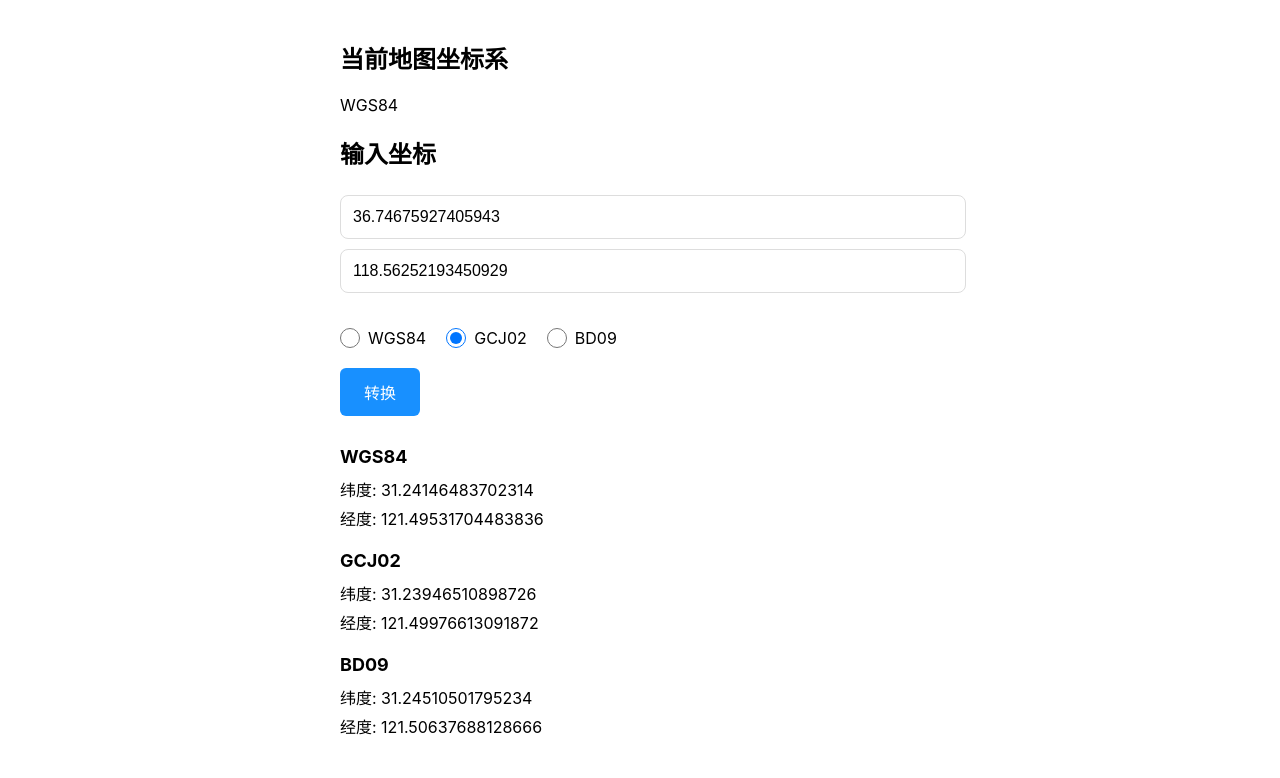
Repository: 1242128273wangpeng/MapTransformTools
Page: popup.html
An editor plug-in stored every save of this project. The page is shown before and after the next save, followed by the edit.
The browser window is 1280 px wide. The pictures show the whole page.

Above is the page before, as saved 2025-01-19 14:59:28.

### popup.html
<!DOCTYPE html>
<html>
  <head>
    <title>坐标转换</title>
    <style>
      body {
        font-family: -apple-system, BlinkMacSystemFont, 'Segoe UI', Roboto, Oxygen, Ubuntu, Cantarell, sans-serif;
        padding: 20px;
        max-width: 600px;
        margin: 0 auto;
      }

      h2 {
        margin-bottom: 20px;
        font-weight: bold;
      }

      .input-section {
        margin-bottom: 30px;
      }

      .coordinate-input {
        width: 100%;
        padding: 12px;
        margin: 5px 0;
        border: 1px solid #ddd;
        border-radius: 8px;
        font-size: 16px;
      }

      .coordinate-types {
        margin: 20px 0;
        display: flex;
        gap: 20px;
      }

      .radio-group {
        display: flex;
        align-items: center;
        gap: 8px;
      }

      .radio-group input[type="radio"] {
        width: 20px;
        height: 20px;
        margin: 0;
      }

      .convert-btn {
        background-color: #1890ff;
        color: white;
        border: none;
        padding: 12px 24px;
        border-radius: 6px;
        cursor: pointer;
        font-size: 16px;
      }

      .result-section {
        margin-top: 30px;
      }

      .coordinate-system {
        margin-bottom: 20px;
      }

      .coordinate-system h3 {
        font-size: 18px;
        margin-bottom: 10px;
      }

      .coordinate-value {
        margin: 5px 0;
        font-size: 16px;
      }
    </style>
  </head>
  <body>
    <h2>当前地图坐标系</h2>
    <div>WGS84</div>

    <div class="input-section">
      <h2>输入坐标</h2>
      <input type="text" class="coordinate-input" value="36.74675927405943">
      <input type="text" class="coordinate-input" value="118.56252193450929">
    </div>

    <div class="coordinate-types">
      <div class="radio-group">
        <input type="radio" id="wgs84" name="coordType">
        <label for="wgs84">WGS84</label>
      </div>
      <div class="radio-group">
        <input type="radio" id="gcj02" name="coordType" checked>
        <label for="gcj02">GCJ02</label>
      </div>
      <div class="radio-group">
        <input type="radio" id="bd09" name="coordType">
        <label for="bd09">BD09</label>
      </div>
    </div>

    <button class="convert-btn">转换</button>

    <div class="result-section">
      <div class="coordinate-system">
        <h3>WGS84</h3>
        <div class="coordinate-value">纬度: 31.24146483702314</div>
        <div class="coordinate-value">经度: 121.49531704483836</div>
      </div>

      <div class="coordinate-system">
        <h3>GCJ02</h3>
        <div class="coordinate-value">纬度: 31.23946510898726</div>
        <div class="coordinate-value">经度: 121.49976613091872</div>
      </div>

      <div class="coordinate-system">
        <h3>BD09</h3>
        <div class="coordinate-value">纬度: 31.24510501795234</div>
        <div class="coordinate-value">经度: 121.50637688128666</div>
      </div>
    </div>

    <script>
      document.querySelector('.convert-btn').addEventListener('click', function() {
        // Add conversion logic here
        console.log('Converting coordinates...');
      });
    </script>
  </body>
</html>

After the next save:
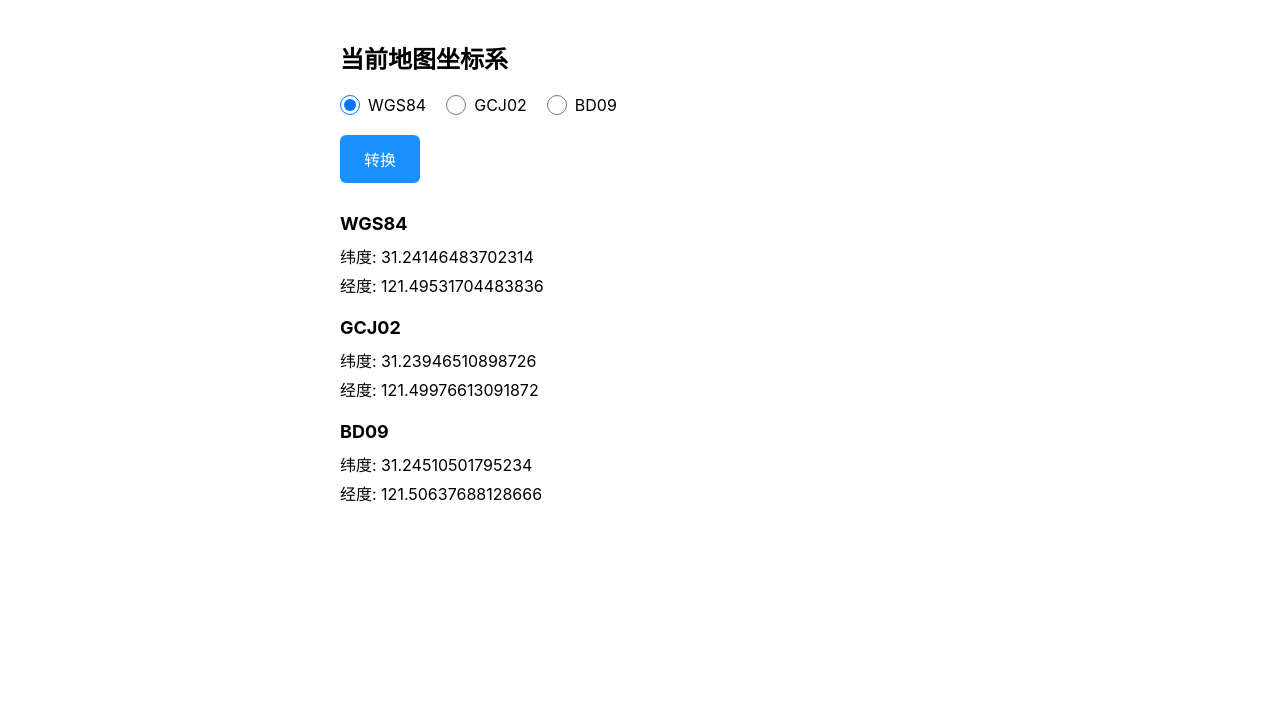
Saved 2 min 28 s later.
--- a/popup.html
+++ b/popup.html
@@ -77,26 +77,18 @@
   </head>
   <body>
     <h2>当前地图坐标系</h2>
-    <div>WGS84</div>
-
-    <div class="input-section">
-      <h2>输入坐标</h2>
-      <input type="text" class="coordinate-input" value="36.74675927405943">
-      <input type="text" class="coordinate-input" value="118.56252193450929">
-    </div>
-
     <div class="coordinate-types">
       <div class="radio-group">
-        <input type="radio" id="wgs84" name="coordType">
-        <label for="wgs84">WGS84</label>
+        <input type="radio" id="current-wgs84" name="currentCoordType" checked>
+        <label for="current-wgs84">WGS84</label>
       </div>
       <div class="radio-group">
-        <input type="radio" id="gcj02" name="coordType" checked>
-        <label for="gcj02">GCJ02</label>
+        <input type="radio" id="current-gcj02" name="currentCoordType">
+        <label for="current-gcj02">GCJ02</label>
       </div>
       <div class="radio-group">
-        <input type="radio" id="bd09" name="coordType">
-        <label for="bd09">BD09</label>
+        <input type="radio" id="current-bd09" name="currentCoordType">
+        <label for="current-bd09">BD09</label>
       </div>
     </div>
 
